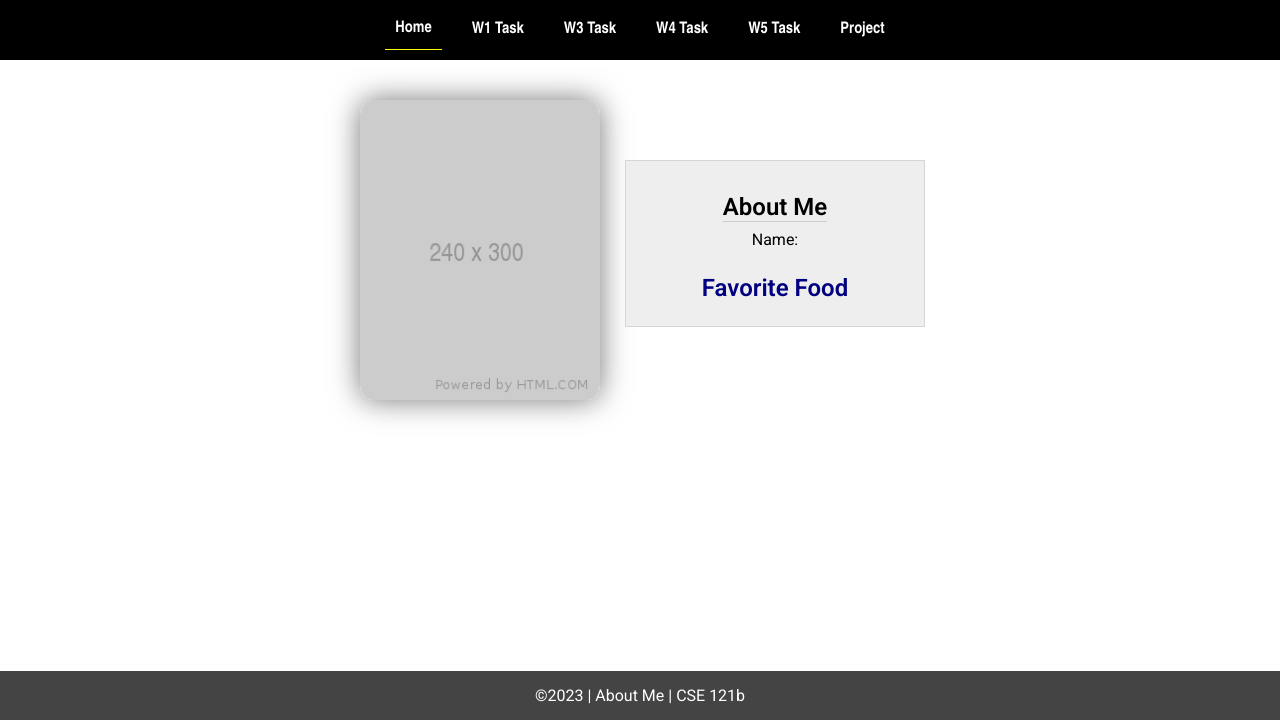
Repository: mszakutumela/cse121b
Page: index.html
These files come from the project's save history. The page is drawn as it stood at one moment and after the next save; the edit follows.
The browser window is 1280 px wide. The pictures show the whole page.

Above is the page before, as saved 2023-10-07 15:04:11.
Console error: SyntaxError: Identifier 'imageElement' has already been declared

### index.html
<!DOCTYPE html>
<html lang="en">

<head>
  <meta charset="UTF-8">
  <meta name="viewport" content="width=device-width, initial-scale=1.0">
  <title>About Me | CSE 121b | W02: Programming Tasks</title>
  <link rel="preconnect" href="https://fonts.googleapis.com">
  <link rel="preconnect" href="https://fonts.gstatic.com" crossorigin>
  <link href="https://fonts.googleapis.com/css2?family=Roboto:wght@400;600&display=swap"
    rel="stylesheet">
  <link rel="stylesheet" href="styles/main.css">
</head>

<body>
  <nav>
    <ul id="menu">
      <li><a id="toggleMenu">&equiv;</a></li>
      <li><a href="index.html" class="active">Home</a></li>
      <li><a href="w01-task.html">W1 Task</a></li>
      <li><a href="w03-task.html">W3 Task</a></li>
      <li><a href="w04-task.html">W4 Task</a></li>
      <li><a href="w05-task.html">W5 Task</a></li>
      <li><a href="project.html">Project</a></li>
    </ul>
  </nav>
  <main id="home">
    <picture>
      <!-- <img src="images/20221109_183304.jpg" alt="Image_of_Me"> you were not supposed to change anything in this document-->
      <img src="images/placeholder.png" alt="Placeholder Image">
    </picture>
    <section>
      <h1>About Me</h1>
      <div class="info">Name: <span id="name"></span></div>
      <h2>Favorite Food</h2>
      <div class="block" id="food"></div>
    </section>
  </main>
  <footer>
    &copy;<span id="year"></span> | About Me | CSE 121b
  </footer>
  <script src="scripts/main.js"></script>
  <script src="scripts/w02-task.js"></script>
</body>

</html>

### styles/main.css
/* Universal Selector */
* {
    margin: 0;
    padding: 0;
    box-sizing: border-box;
}

/* HTML Selectors */
body {
    font-family: 'Roboto', Helvetica, sans-serif;
}

nav {
    background-color: black;
    width: 100%;
    position: fixed;
    top: 0;
}

nav ul {
    display: flex;
    flex-direction: column;
    align-items: center;
    max-width: -moz-fit-content;
    max-width: fit-content;
    margin: 0 auto;
}

nav ul li {
    flex: 1 1 auto;
}

nav ul li:first-child {
    display: block;
    font-size: 2rem;
}

nav ul li:first-child a {
    padding: 1px 10px;
}

nav ul li {
    display: none;
    list-style: none;
    margin: 10px;
}

nav ul li a {
    display: block;
    padding: 10px;
    text-decoration: none;
    font-weight: 600;
    color: white;
    text-align: center;
    font-family: 'Arial Narrow', Arial, sans-serif;
}

nav ul li a:hover {
    background-color: #efefef;
    color: black;
}

h1,
h2 {
    text-align: center;
    margin: 1rem 0 .5rem;
}

h1 {
    border-bottom: 1px solid #ccc;
}

#gridly h1 {
    margin-top: 80px;
}

h2 {
    font-size: 1.5rem;
    color: navy;
    text-align: center;
    margin-top: 25px;
}

h3 {
    font-size: 1.3rem;
    margin-bottom: 1rem;
}

header {
    margin-top: 70px;
}

picture {
    margin: 0 auto;
}

picture img {
    width: 240px;
    height: auto;
    border-radius: 5%;
    border: 1px solid #ccc;
    box-shadow: 0 0 30px #777;
}

section {
    display: flex;
    flex-direction: column;
    align-items: center;
    margin: 0 auto 1rem;
    border: 1px solid rgba(0, 0, 0, .1);
    padding: 1rem;
    background-color: #eee;
}

article {
    margin-bottom: 1rem;
}

article div {
    margin-bottom: .5rem;
    text-align: right;
}

label {
    padding: .35rem;
}

input {
    padding: .35rem;
}

input[type="button"] {
    padding: .5rem;
    background-color: #444;
    color: white;
    border: none;
    border-radius: 5px;
    cursor: pointer;
    width: 100%
}

input[type="checkbox"] {
    width: 25px;
    height: 25px;
}

dt {
    font-weight: 700;
}

dt::before {
    content: "🏘️ ";
}

dd {
    margin: 0 0 .5rem 2rem;
    font-size: smaller;
}

footer {
    background-color: #444;
    color: white;
    padding: 15px;
    text-align: center;
    width: 100%;
    position: fixed;
    bottom: 0;
}

/* Class Selectors */
.active {
    border-bottom: 1px solid yellow;
}

.open li {
    display: block;
}

.block {
    display: block;
}

.larger {
    font-size: larger;
    color: red;
}

.right {
    width: 100%;
    text-align: right;
}

.middle {
    display: flex;
    align-items: center;
    justify-content: right;
    gap: 1rem;
}

/* ID Selectors */

#home {
    margin-top: 125px;
    display: grid;
    grid-template-columns: 1fr;
    grid-gap: 20px;
    align-items: center;
    justify-content: center;
}


#section1 {
    background-color: rgb(225, 250, 225, .5);
}

#section2 {
    background-color: rgba(200, 200, 250, 0.5);

}

#section2 div {
    margin-bottom: 1rem;
}

#section3 {
    background-color: rgb(250, 225, 250, .5);
}

#sortBy {
    appearance: none;
    display: flex;
    padding: .5rem;
    background-color: #eee;
    color: #444;
    font-weight: 700;
    margin: 1rem auto;
    width: 200px;
    border: 1px solid rgba(0, 0, 0, .2);
    text-align: center;
}

#sortBy option:disabled {
    font-style: italic;
    padding: 1rem;
    background-color: #111;
    color: #eee;
}

#temples {
    display: grid;
    grid-template-columns: repeat(auto-fit, minmax(320px, 1fr));
    grid-gap: .5rem;
    align-items: center;
    margin-bottom: 3rem;
}

#temples article {
    height: 250px;
    margin: .5rem;
    border: 1px solid rgba(0, 0, 0, .1);
    padding: 1rem;
    background-color: #eee;
    display: flex;
    flex-direction: column;
    align-items: center;
    justify-content: center;
}

#temples h4 {
    color: navy;
    font-size: smaller;
}


#temples img {
    width: 250px;
    height: auto;
    box-shadow: 0 0 30px #777;
    margin: .5rem;
}

/* Media Queries */
@media only screen and (min-width: 32.5em) {
    nav ul {
        flex-direction: row;
    }

    nav ul li:first-child {
        display: none;
    }

    nav ul li {
        display: block;
    }

    section {
        min-width: 300px;
    }

    #home {
        margin: 100px auto 20px;
        grid-template-columns: 250px 1fr;
        max-width: -moz-fit-content;
        max-width: fit-content;
    }

    #task3 {
        display: grid;
        grid-template-columns: 1fr 1fr;
        grid-gap: 5px;
        margin: 0 auto;
        max-width: 950px;
    }

}

### scripts/w02-task.js
/* W02-Task - Profile Home Page */

/* Step 1 - Setup type tasks - no code required */

/* Step 2 - Variables */
let fullName = "Ayanda Ndlovu";
let currentYear = new Date().getFullYear();
const profilePicture = "images/20221109_183304.jpg";

/* Step 3 - Element Variables */
const nameElement = document.getElementById('name');
const foodElement = document.getElementById('food');
const yearElement = document.querySelector('#year');
const imageElement = document.querySelector('img');
const blockElement = document.getElementsByTagName('img');

/* Step 4 - Adding Content */
nameElement.innerHTML = `<strong>${fullName}</strong>`;
yearElement.textContent = `${currentYear}`;
// imageElement.setAttribute('scr', profilePicture);
// imageElement.setAttribute('alt', `${profilePicture}`);
// imageElement.setAttribute('title', `${profilePicture}`);

// imageElement.innerHTML = `${profilePicture}`;
let imageElement = image[0].setAttribute('scr', profilePicture);
image[0].setAttribute('alt', `${profilePicture}`);
image[0].setAttribute('title', `${profilePicture}`);

/* Step 5 - Array */
let favoriteFoods = ['Spinach', 'Carrots', 'Chicken', 'Couscous', 'Butternut'];
foodElement.innerHTML = `${favoriteFoods}`;
let anotherSingleFood = ['Green Apples'];
favoriteFoods.push('Green Apples');
foodElement.innerHTML += `<br>${favoriteFoods}`;
favoriteFoods.pop(0);
foodElement.innerHTML += `<br>${favoriteFoods}`;
favoriteFoods.pop();
foodElement.innerHTML += `<br>${favoriteFoods}`;

Loaded but not shown: scripts/main.js (common file)

After the next save:
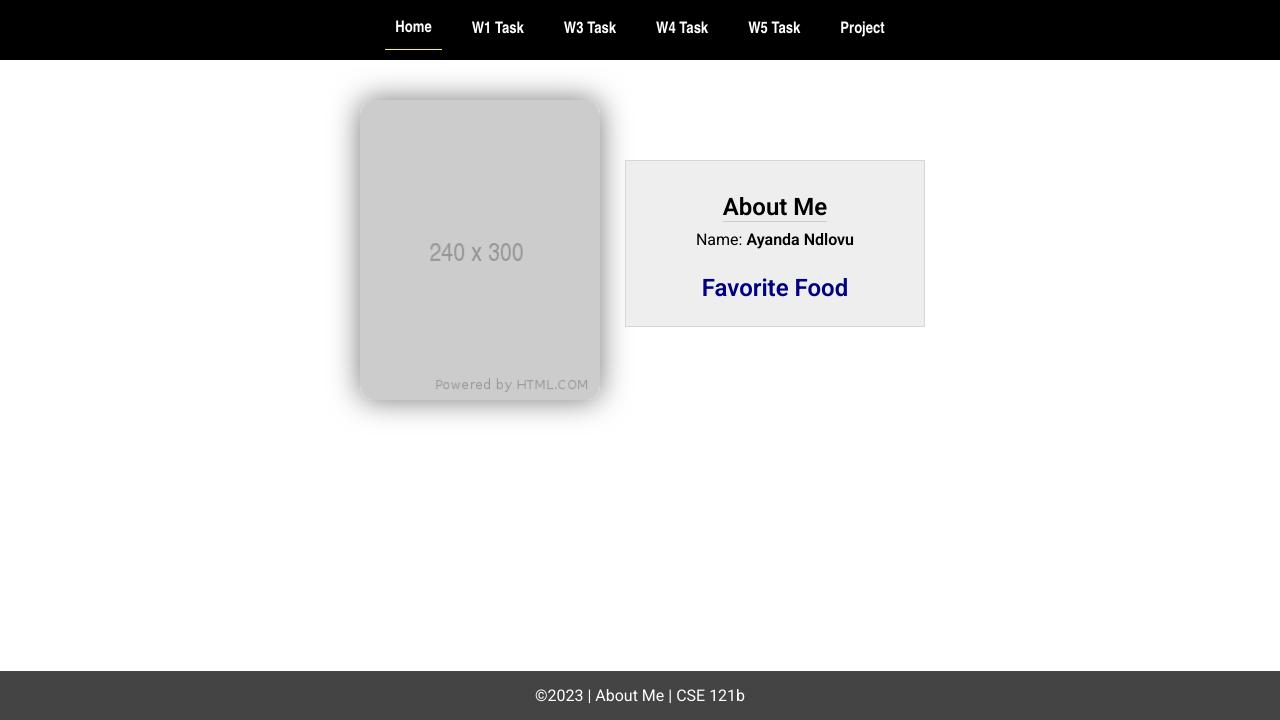
Console error: ReferenceError: image is not defined
Saved 10 s later.
--- a/scripts/w02-task.js
+++ b/scripts/w02-task.js
@@ -11,7 +11,7 @@ const profilePicture = "images/20221109_183304.jpg";
 const nameElement = document.getElementById('name');
 const foodElement = document.getElementById('food');
 const yearElement = document.querySelector('#year');
-const imageElement = document.querySelector('img');
+// const imageElement = document.querySelector('img');
 const blockElement = document.getElementsByTagName('img');
 
 /* Step 4 - Adding Content */
